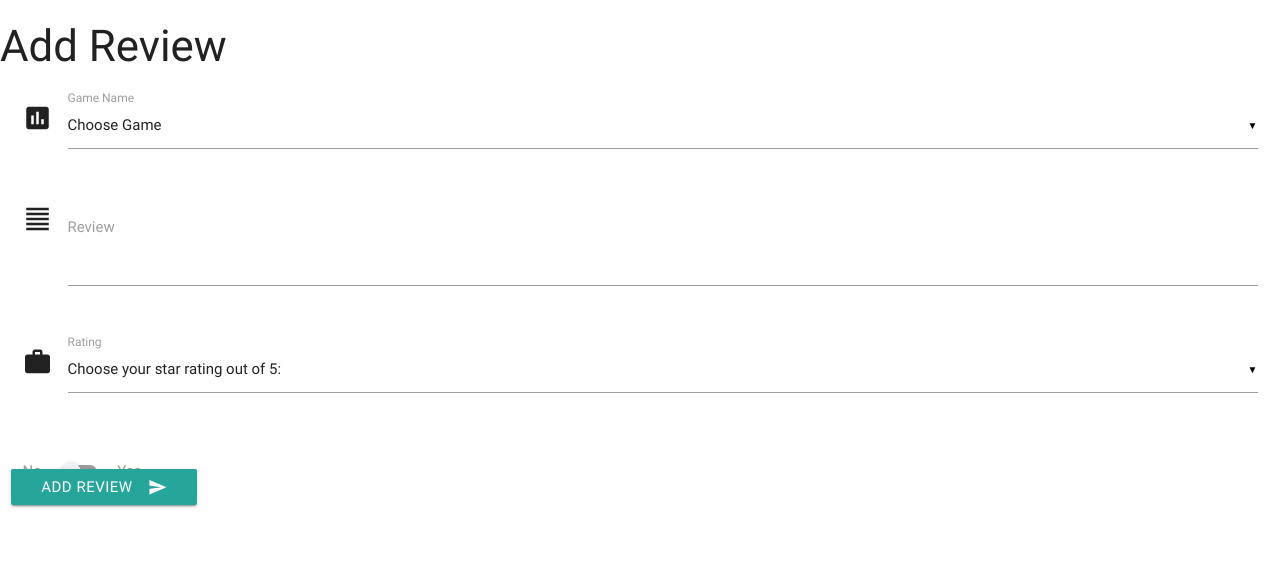
Repository: arcorco/dcd-milestone
Page: http://localhost/add_review
The author's editor kept a record of every edit. The page is drawn from the files as they stood at one moment, then again after the next edit.
The browser window is 1280 px wide. The pictures show the whole page.
Some web libraries are served in a nearby version. The page is served by the project's application, run on Flask 3 (app.py). Queries for data that is not in the repository find no rows.

Above is the page before.

After the next edit:
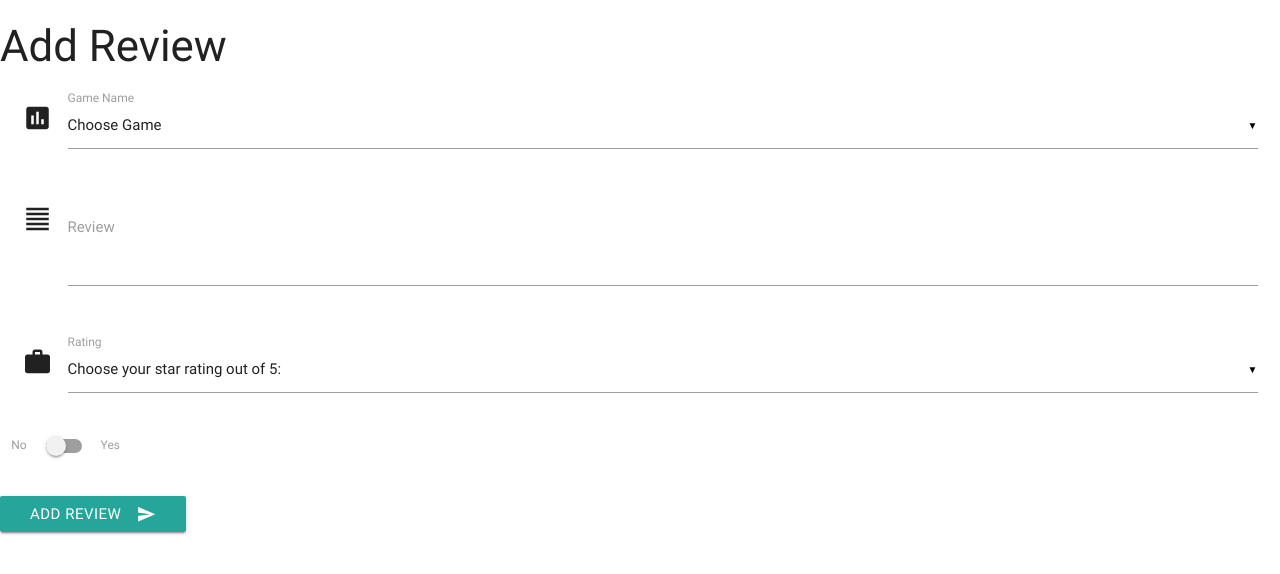
The edit:
--- a/templates/addreview.html
+++ b/templates/addreview.html
@@ -37,7 +37,7 @@
             </div>
         </div>
         <div class="row">
-            <div class="input-field col s12">
+
                 <div class="switch">
                     <label>
       No
